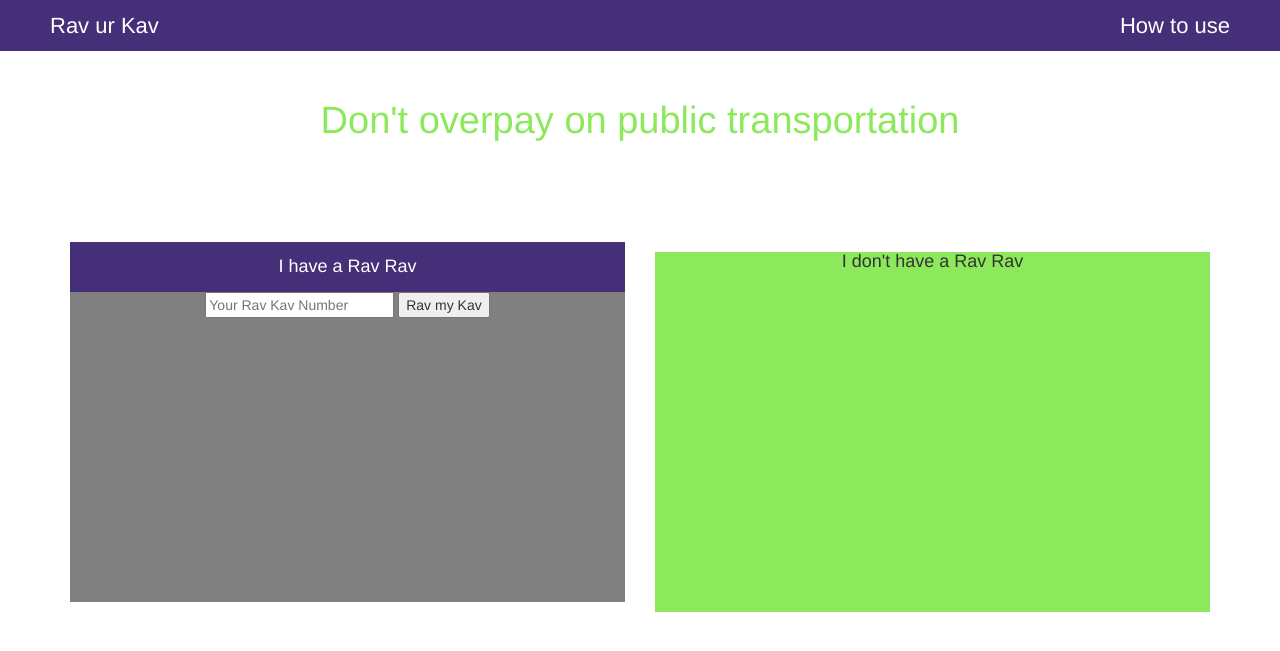
Repository: Louhla/Rav-ur-Kav
Page: index.html
An editor plug-in stored every save of this project. The page is shown before and after the next save, followed by the edit.
The browser window is 1280 px wide. The pictures show the whole page.

Above is the page before, as saved 2019-07-17 14:33:13.

After the next save:
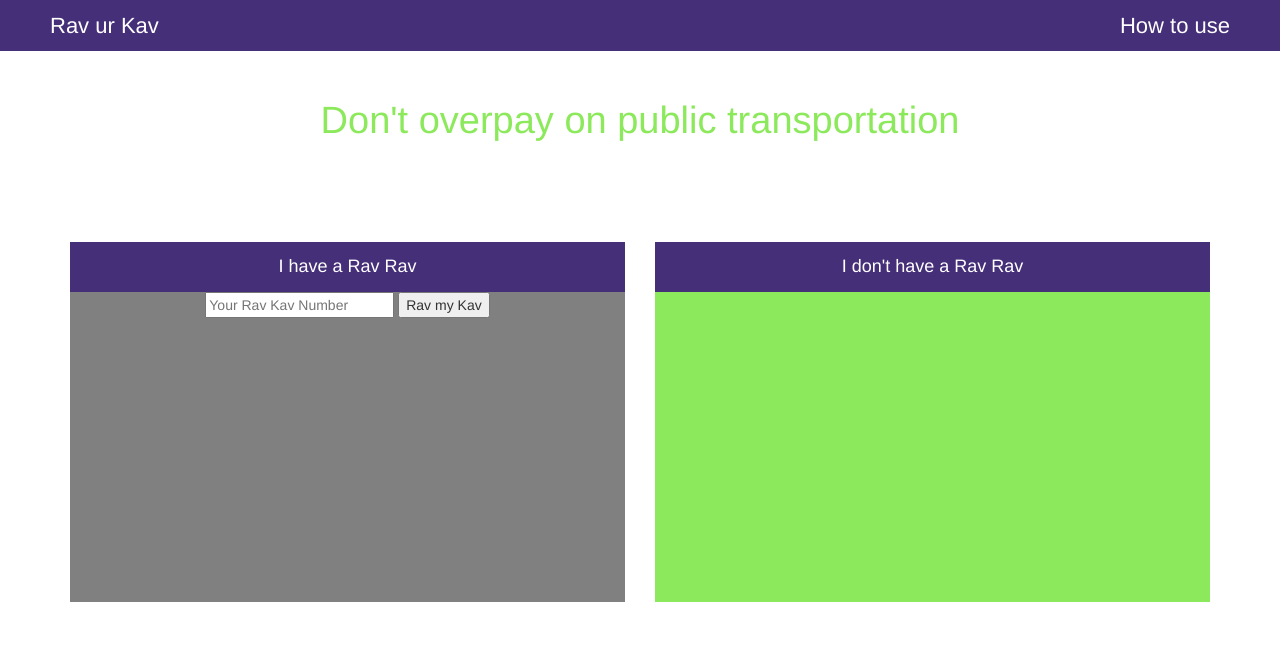
Saved 35 s later.
--- a/css/rav-ur-kav.css
+++ b/css/rav-ur-kav.css
@@ -37,7 +37,7 @@ h1{
     color: #8CE95C;
     font-size: 38px;
 }
-.existing-user > h4{
+.existing-user > h4, .new-user > h4{
     background-color: #462F79;
     padding: 15px 0px;
     margin: 0px;
